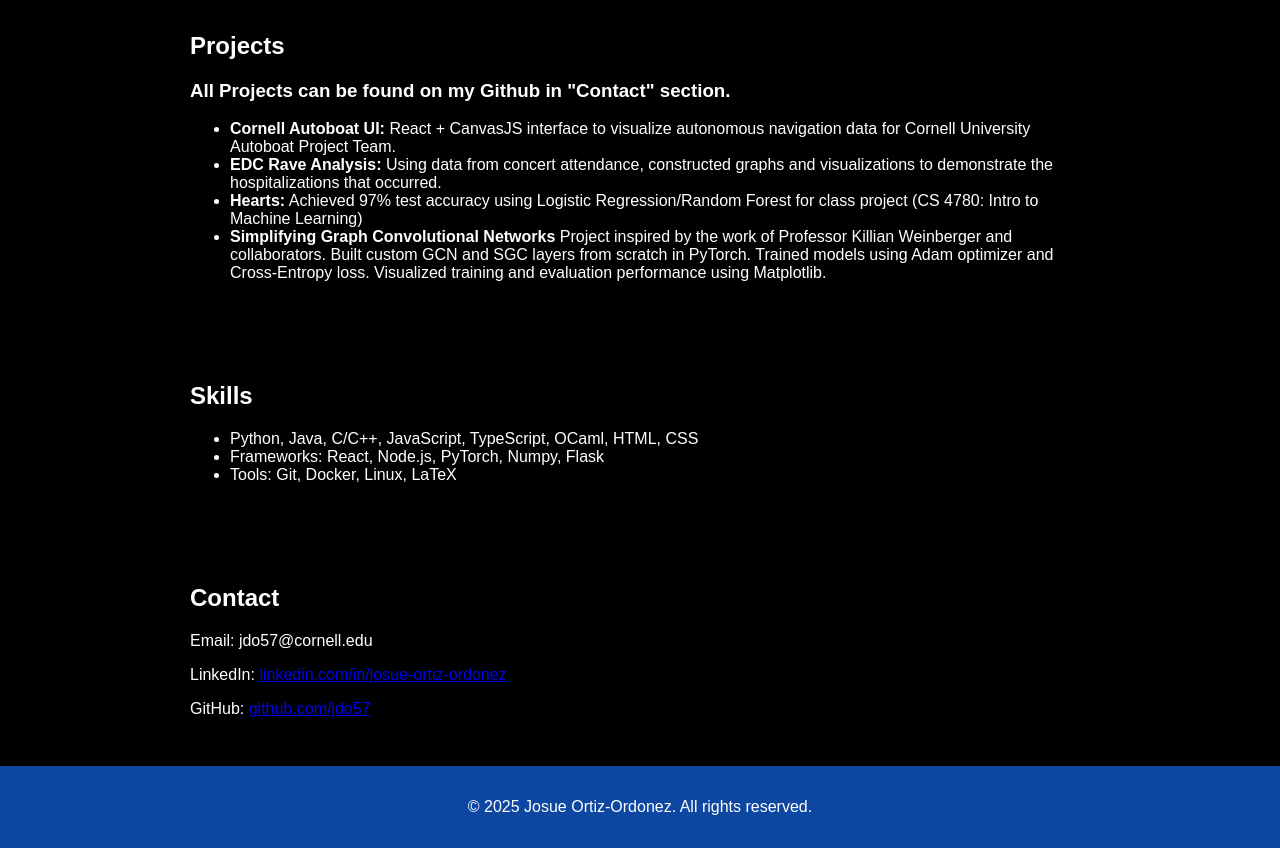
Repository: jdo57/Website
Page: index.html
These files come from the project's save history. The page is drawn as it stood at one moment and after the next save; the edit follows.
The browser window is 1280 px wide. The pictures show the part of the page from y = 1281 to 2129 px (the page is 2129 px tall).
A picture or video elsewhere on the page could not be fetched, so the positions and the page height are approximate.

Above is the page before, as saved 2025-05-26 17:46:42.

After the next save:
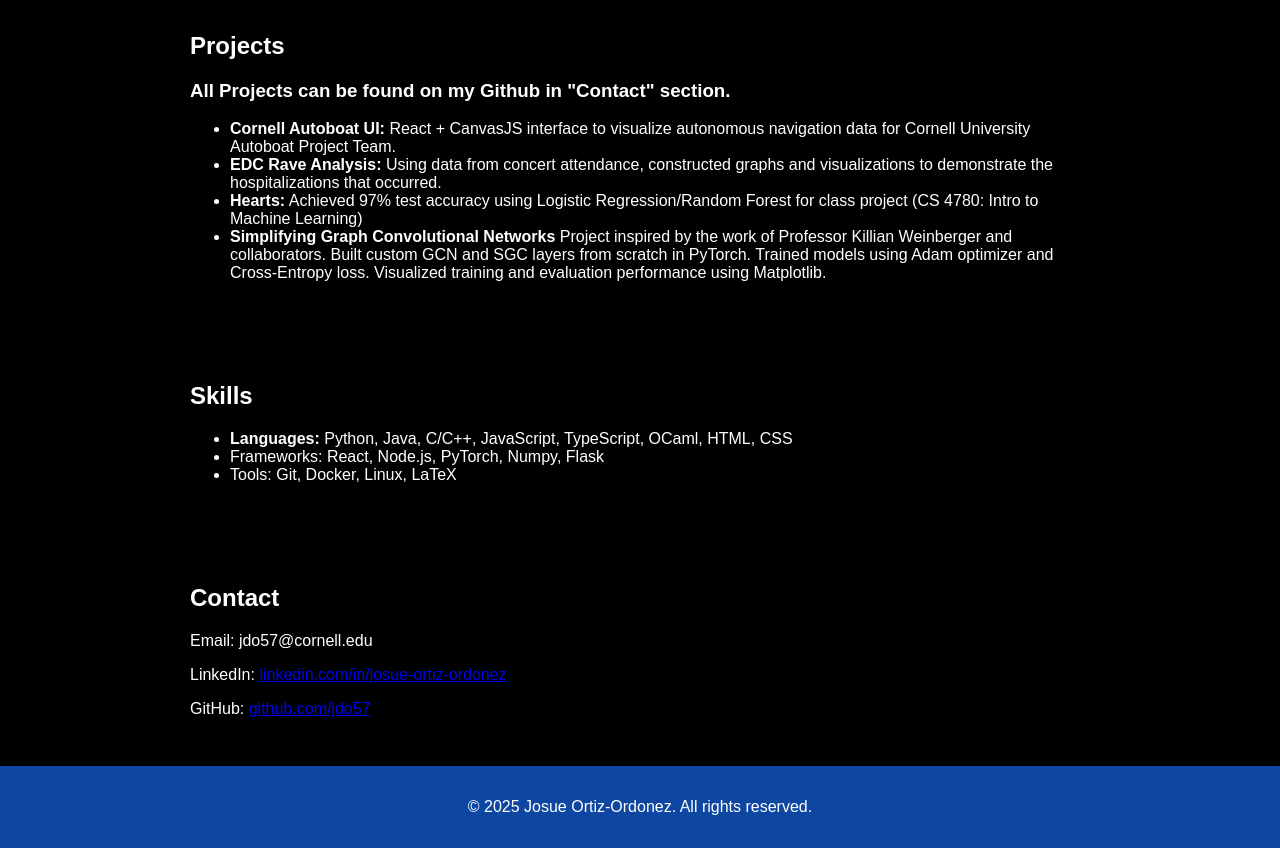
Saved 7 s later.
--- a/index.html
+++ b/index.html
@@ -126,7 +126,7 @@
   <section id="skills">
     <h2>Skills</h2>
     <ul>
-      <li><strong> </strong> Python, Java, C/C++, JavaScript, TypeScript, OCaml, HTML, CSS </li>
+      <li><strong> Languages:</strong> Python, Java, C/C++, JavaScript, TypeScript, OCaml, HTML, CSS </li>
       <li>Frameworks: React, Node.js, PyTorch, Numpy, Flask</li>
       <li>Tools: Git, Docker, Linux, LaTeX</li>
     </ul>
